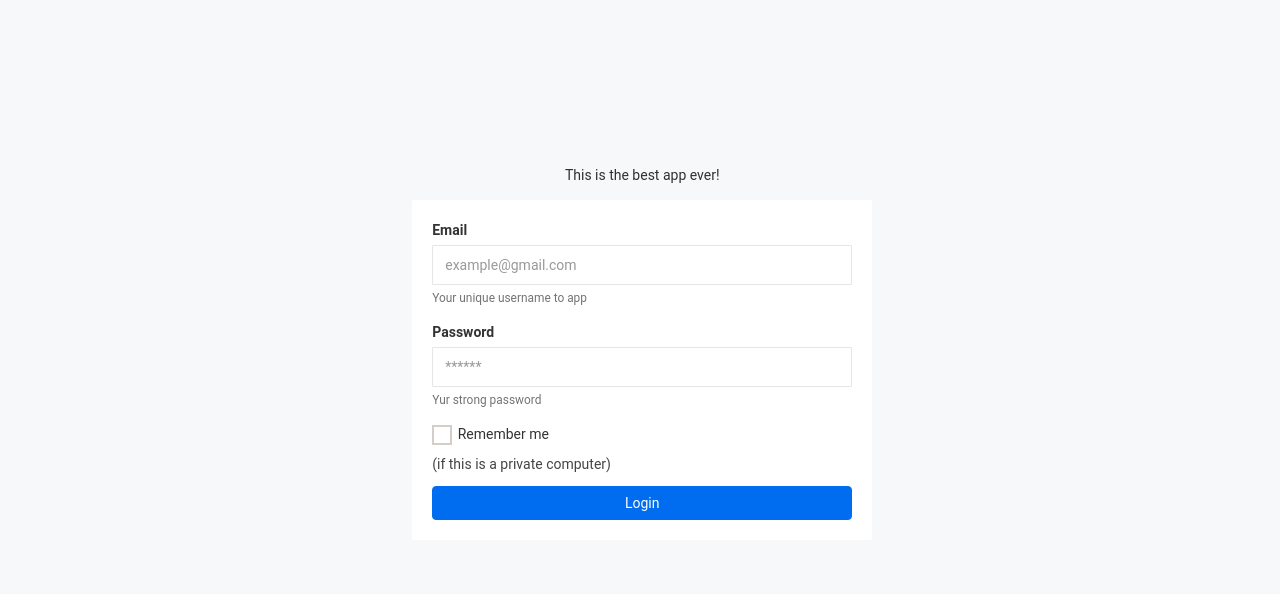
Repository: walterjnr1/crowdfunding-system
Page: http://localhost/Admin/login.php
An editor plug-in stored every save of this project. The page is shown before and after the next save, followed by the edit.
The browser window is 1280 px wide. The pictures show the whole page.
Some web fonts or font styles are not loaded; a fallback is used. The page is run by PHP 8.4 with error messages shown; the project is at /var/www/html/. Other server files are loaded and not shown.

Above is the page before, as saved 2025-02-20 12:05:57.

### Admin/login.php
<!doctype html>
<html class="no-js" lang="en">

<head>
    <meta charset="utf-8">
    <meta http-equiv="x-ua-compatible" content="ie=edge">
    <title>Login</title>
    <meta name="description" content="">
    <meta name="viewport" content="width=device-width, initial-scale=1">
    <!-- favicon
		============================================ -->
    <link rel="icon" type="image/png" sizes="16x16" href="../uploadImage/Logo/logo.png">
    <!-- Google Fonts
		============================================ -->
    <link href="https://fonts.googleapis.com/css?family=Play:400,700" rel="stylesheet">
    <!-- Bootstrap CSS
		============================================ -->
    <link rel="stylesheet" href="css/bootstrap.min.css">
    <!-- Bootstrap CSS
		============================================ -->
    <link rel="stylesheet" href="css/font-awesome.min.css">
    <!-- owl.carousel CSS
		============================================ -->
    <link rel="stylesheet" href="css/owl.carousel.css">
    <link rel="stylesheet" href="css/owl.theme.css">
    <link rel="stylesheet" href="css/owl.transitions.css">
    <!-- animate CSS
		============================================ -->
    <link rel="stylesheet" href="css/animate.css">
    <!-- normalize CSS
		============================================ -->
    <link rel="stylesheet" href="css/normalize.css">
    <!-- main CSS
		============================================ -->
    <link rel="stylesheet" href="css/main.css">
    <!-- morrisjs CSS
		============================================ -->
    <link rel="stylesheet" href="css/morrisjs/morris.css">
    <!-- mCustomScrollbar CSS
		============================================ -->
    <link rel="stylesheet" href="css/scrollbar/jquery.mCustomScrollbar.min.css">
    <!-- metisMenu CSS
		============================================ -->
    <link rel="stylesheet" href="css/metisMenu/metisMenu.min.css">
    <link rel="stylesheet" href="css/metisMenu/metisMenu-vertical.css">
    <!-- calendar CSS
		============================================ -->
    <link rel="stylesheet" href="css/calendar/fullcalendar.min.css">
    <link rel="stylesheet" href="css/calendar/fullcalendar.print.min.css">
    <!-- forms CSS
		============================================ -->
    <link rel="stylesheet" href="css/form/all-type-forms.css">
    <!-- style CSS
		============================================ -->
    <link rel="stylesheet" href="style.css">
    <!-- responsive CSS
		============================================ -->
    <link rel="stylesheet" href="css/responsive.css">
    <!-- modernizr JS
		============================================ -->
    <script src="js/vendor/modernizr-2.8.3.min.js"></script>
</head>

<body>
    <!--[if lt IE 8]>
		<p class="browserupgrade">You are using an <strong>outdated</strong> browser. Please <a href="http://browsehappy.com/">upgrade your browser</a> to improve your experience.</p>
	<![endif]-->
	<div class="error-pagewrap">
		<div class="error-page-int">
			<div class="text-center m-b-md custom-login">
				<p>This is the best app ever!</p>
			</div>
			<div class="content-error">
				<div class="hpanel">
                    <div class="panel-body">
                        <form action="#" id="loginForm">
                            <div class="form-group">
                                <label class="control-label" for="username">Email</label>
                                <input type="text" placeholder="example@gmail.com" title="Please enter you username" required="" value="" name="username" id="username" class="form-control">
                                <span class="help-block small">Your unique username to app</span>
                            </div>
                            <div class="form-group">
                                <label class="control-label" for="password">Password</label>
                                <input type="password" title="Please enter your password" placeholder="******" required="" value="" name="password" id="password" class="form-control">
                                <span class="help-block small">Yur strong password</span>
                            </div>
                            <div class="checkbox login-checkbox">
                                <label>
										<input type="checkbox" class="i-checks"> Remember me </label>
                                <p class="help-block small">(if this is a private computer)</p>
                            </div>
                            <button class="btn btn-success btn-block loginbtn">Login</button>
                        </form>
                    </div>
                </div>
			</div>
			<div class="text-center login-footer">
<?php ?>
			</div>
		</div>
    </div>
    <!-- jquery
		============================================ -->
    <script src="js/vendor/jquery-1.12.4.min.js"></script>
    <!-- bootstrap JS
		============================================ -->
    <script src="js/bootstrap.min.js"></script>
    <!-- wow JS
		============================================ -->
    <script src="js/wow.min.js"></script>
    <!-- price-slider JS
		============================================ -->
    <script src="js/jquery-price-slider.js"></script>
    <!-- meanmenu JS
		============================================ -->
    <script src="js/jquery.meanmenu.js"></script>
    <!-- owl.carousel JS
		============================================ -->
    <script src="js/owl.carousel.min.js"></script>
    <!-- sticky JS
		============================================ -->
    <script src="js/jquery.sticky.js"></script>
    <!-- scrollUp JS
		============================================ -->
    <script src="js/jquery.scrollUp.min.js"></script>
    <!-- mCustomScrollbar JS
		============================================ -->
    <script src="js/scrollbar/jquery.mCustomScrollbar.concat.min.js"></script>
    <script src="js/scrollbar/mCustomScrollbar-active.js"></script>
    <!-- metisMenu JS
		============================================ -->
    <script src="js/metisMenu/metisMenu.min.js"></script>
    <script src="js/metisMenu/metisMenu-active.js"></script>
    <!-- tab JS
		============================================ -->
    <script src="js/tab.js"></script>
    <!-- icheck JS
		============================================ -->
    <script src="js/icheck/icheck.min.js"></script>
    <script src="js/icheck/icheck-active.js"></script>
    <!-- plugins JS
		============================================ -->
    <script src="js/plugins.js"></script>
    <!-- main JS
		============================================ -->
    <script src="js/main.js"></script>
    <!-- tawk chat JS
		============================================ -->
    <script src="js/tawk-chat.js"></script>
</body>

</html>

### Admin/css/main.css
/*! HTML5 Boilerplate v5.2.0 | MIT License | https://html5boilerplate.com/ */

/*
 * What follows is the result of much research on cross-browser styling.
 * Credit left inline and big thanks to Nicolas Gallagher, Jonathan Neal,
 * Kroc Camen, and the H5BP dev community and team.
 */

/* ==========================================================================
   Base styles: opinionated defaults
   ========================================================================== */

html {
    color: #222;
    font-size: 1em;
    line-height: 1.4;
}

/*
 * Remove text-shadow in selection highlight:
 * https://twitter.com/miketaylr/status/12228805301
 *
 * These selection rule sets have to be separate.
 * Customize the background color to match your design.
 */

::-moz-selection {
    background: #b3d4fc;
    text-shadow: none;
}

::selection {
    background: #b3d4fc;
    text-shadow: none;
}

/*
 * A better looking default horizontal rule
 */

hr {
    display: block;
    height: 1px;
    border: 0;
    border-top: 1px solid #ccc;
    margin: 1em 0;
    padding: 0;
}

/*
 * Remove the gap between audio, canvas, iframes,
 * images, videos and the bottom of their containers:
 * https://github.com/h5bp/html5-boilerplate/issues/440
 */

audio,
canvas,
iframe,
img,
svg,
video {
    vertical-align: middle;
}

/*
 * Remove default fieldset styles.
 */

fieldset {
    border: 0;
    margin: 0;
    padding: 0;
}

/*
 * Allow only vertical resizing of textareas.
 */

textarea {
    resize: vertical;
}

/* ==========================================================================
   Browser Upgrade Prompt
   ========================================================================== */

.browserupgrade {
    margin: 0.2em 0;
    background: #ccc;
    color: #000;
    padding: 0.2em 0;
}

/* ==========================================================================
   Author's custom styles
   ========================================================================== */

















/* ==========================================================================
   Helper classes
   ========================================================================== */

/*
 * Hide visually and from screen readers:
 */

.hidden {
    display: none !important;
}

/*
 * Hide only visually, but have it available for screen readers:
 * http://snook.ca/archives/html_and_css/hiding-content-for-accessibility
 */

.visuallyhidden {
    border: 0;
    clip: rect(0 0 0 0);
    height: 1px;
    margin: -1px;
    overflow: hidden;
    padding: 0;
    position: absolute;
    width: 1px;
}

/*
 * Extends the .visuallyhidden class to allow the element
 * to be focusable when navigated to via the keyboard:
 * https://www.drupal.org/node/897638
 */

.visuallyhidden.focusable:active,
.visuallyhidden.focusable:focus {
    clip: auto;
    height: auto;
    margin: 0;
    overflow: visible;
    position: static;
    width: auto;
}

/*
 * Hide visually and from screen readers, but maintain layout
 */

.invisible {
    visibility: hidden;
}

/*
 * Clearfix: contain floats
 *
 * For modern browsers
 * 1. The space content is one way to avoid an Opera bug when the
 *    `contenteditable` attribute is included anywhere else in the document.
 *    Otherwise it causes space to appear at the top and bottom of elements
 *    that receive the `clearfix` class.
 * 2. The use of `table` rather than `block` is only necessary if using
 *    `:before` to contain the top-margins of child elements.
 */

.clearfix:before,
.clearfix:after {
    content: " "; /* 1 */
    display: table; /* 2 */
}

.clearfix:after {
    clear: both;
}

/* ==========================================================================
   EXAMPLE Media Queries for Responsive Design.
   These examples override the primary ('mobile first') styles.
   Modify as content requires.
   ========================================================================== */

@media only screen and (min-width: 35em) {
    /* Style adjustments for viewports that meet the condition */
}

@media print,
       (-webkit-min-device-pixel-ratio: 1.25),
       (min-resolution: 1.25dppx),
       (min-resolution: 120dpi) {
    /* Style adjustments for high resolution devices */
}

/* ==========================================================================
   Print styles.
   Inlined to avoid the additional HTTP request:
   http://www.phpied.com/delay-loading-your-print-css/
   ========================================================================== */

@media print {
    *,
    *:before,
    *:after {
        background: transparent !important;
        color: #000 !important; /* Black prints faster:
                                   http://www.sanbeiji.com/archives/953 */
        box-shadow: none !important;
        text-shadow: none !important;
    }

    a,
    a:visited {
        text-decoration: underline;
    }

    a[href]:after {
        content: " (" attr(href) ")";
    }

    abbr[title]:after {
        content: " (" attr(title) ")";
    }

    /*
     * Don't show links that are fragment identifiers,
     * or use the `javascript:` pseudo protocol
     */

    a[href^="#"]:after,
    a[href^="javascript:"]:after {
        content: "";
    }

    pre,
    blockquote {
        border: 1px solid #999;
        page-break-inside: avoid;
    }

    /*
     * Printing Tables:
     * http://css-discuss.incutio.com/wiki/Printing_Tables
     */

    thead {
        display: table-header-group;
    }

    tr,
    img {
        page-break-inside: avoid;
    }

    img {
        max-width: 100% !important;
    }

    p,
    h2,
    h3 {
        orphans: 3;
        widows: 3;
    }

    h2,
    h3 {
        page-break-after: avoid;
    }
}

### Admin/css/metisMenu/metisMenu-vertical.css
.sidebar-nav {
    background: #fff;
}
.sidebar-nav ul {
    padding: 0;
    margin: 0;
    list-style: none;
    background: #f5f5f5;
}
.sidebar-nav .metismenu {
    background: #fff;
    display: -webkit-box;
    display: -ms-flexbox;
    display: flex;
    -webkit-box-orient: vertical;
    -webkit-box-direction: normal;
    -ms-flex-direction: column;
    flex-direction: column;
}
.sidebar-nav .metismenu li + li {
  margin-top: 5px;
}
.sidebar-nav .metismenu li:last-child {
  margin-bottom: 5px;
}
.sidebar-nav .metismenu > li {
/*    -webkit-box-flex: 1;
    -ms-flex: 1 1 0%;
    flex: 1 1 0%;*/
    display: -webkit-box;
    display: -ms-flexbox;
    display: flex;
    -webkit-box-orient: vertical;
    -webkit-box-direction: normal;
    -ms-flex-direction: column;
    flex-direction: column;
    position: relative;
}
.sidebar-nav .metismenu a {
    position: relative;
    display: block;
    padding: 13px 15px;
    color: #444;
    outline-width: 0;
    transition: all .3s ease-out;
	font-size:16px;
	font-weight:400;
}

.sidebar-nav .metismenu ul a {
    padding: 10px 15px 10px 40px;
}

.sidebar-nav .metismenu ul ul a {
    padding: 10px 15px 10px 45px;
}
.sidebar-nav .metismenu a:hover,
.sidebar-nav .metismenu a:focus,
.sidebar-nav .metismenu a:active {
    color: #555;
    text-decoration: none;
    background: #e12503;
}
.sidebar-nav .metismenu li .icon-wrap{
	margin-right:5px;
	font-size:20px;
	color:#303030;
}
.sidebar-nav .metismenu li .sub-icon-mg{
	margin-right:5px;
	font-size:16px;
}
#sidebar.active .metismenu li .mini-click-non{
	display:none;
}
#sidebar.active .metismenu li .has-arrow:after{
	display:none;
}
#sidebar.active .metismenu li .submenu-angle li a {
    padding: 10px 20px 10px 20px;
}

Loaded but not shown: Admin/css/bootstrap.min.css (library); Admin/css/font-awesome.min.css (library); Admin/css/owl.carousel.css (common file); Admin/css/owl.theme.css (common file); Admin/css/owl.transitions.css (library); Admin/css/animate.css (library); Admin/css/normalize.css (library); Admin/css/morrisjs/morris.css (common file); Admin/css/scrollbar/jquery.mCustomScrollbar.min.css (library); Admin/css/metisMenu/metisMenu.min.css (common file); Admin/css/calendar/fullcalendar.min.css (library); Admin/css/calendar/fullcalendar.print.min.css (common file); Admin/css/form/all-type-forms.css (library); Admin/js/bootstrap.min.js (library); Admin/js/wow.min.js (library); Admin/js/jquery-price-slider.js (library); Admin/js/jquery.meanmenu.js (library); Admin/js/owl.carousel.min.js (library); Admin/js/jquery.sticky.js (library); Admin/js/jquery.scrollUp.min.js (common file); Admin/js/scrollbar/jquery.mCustomScrollbar.concat.min.js (library); Admin/js/metisMenu/metisMenu.min.js (library); Admin/js/metisMenu/metisMenu-active.js (common file); Admin/js/icheck/icheck.min.js (library); Admin/js/icheck/icheck-active.js (common file); Admin/js/tawk-chat.js (common file); Admin/js/tab.js (155 lines, source omitted); Admin/js/main.js (100 lines, source omitted); Admin/js/scrollbar/mCustomScrollbar-active.js (58 lines, source omitted); Admin/js/plugins.js (24 lines, source omitted); Admin/style.css (4721 lines, source omitted); Admin/css/responsive.css (755 lines, source omitted)

After the next save:
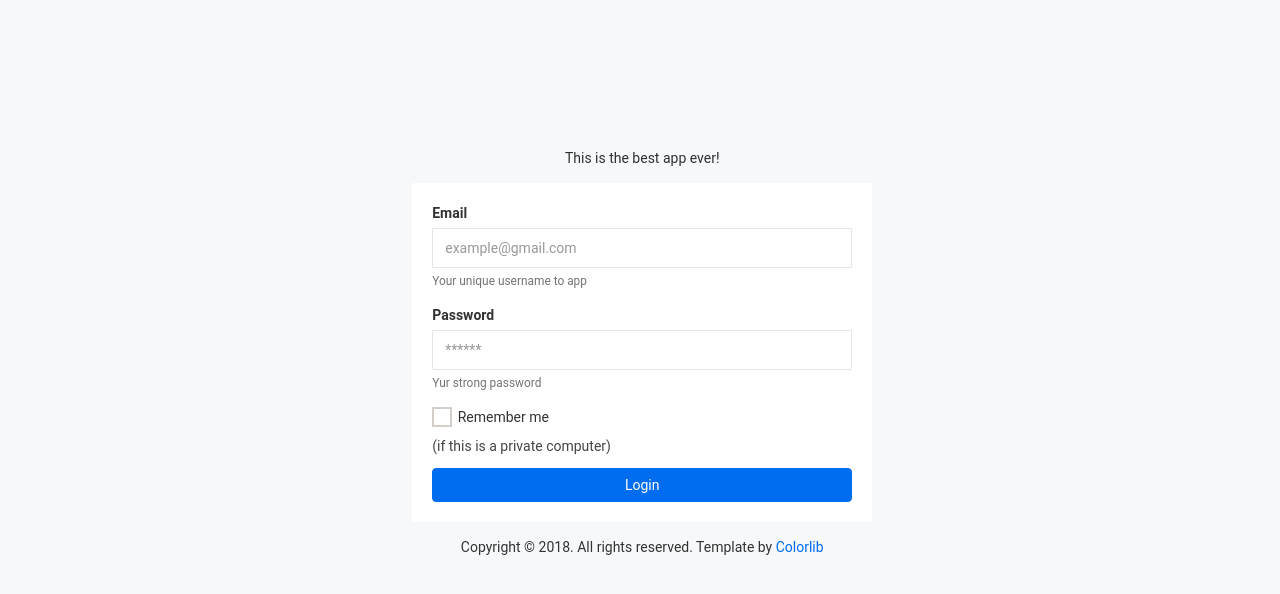
Saved 4 s later.
--- a/Admin/login.php
+++ b/Admin/login.php
@@ -95,7 +95,7 @@
                 </div>
 			</div>
 			<div class="text-center login-footer">
-<?php ?>
+				<p>Copyright © 2018. All rights reserved. Template by <a href="https://colorlib.com/wp/templates/">Colorlib</a></p>
 			</div>
 		</div>
     </div>
